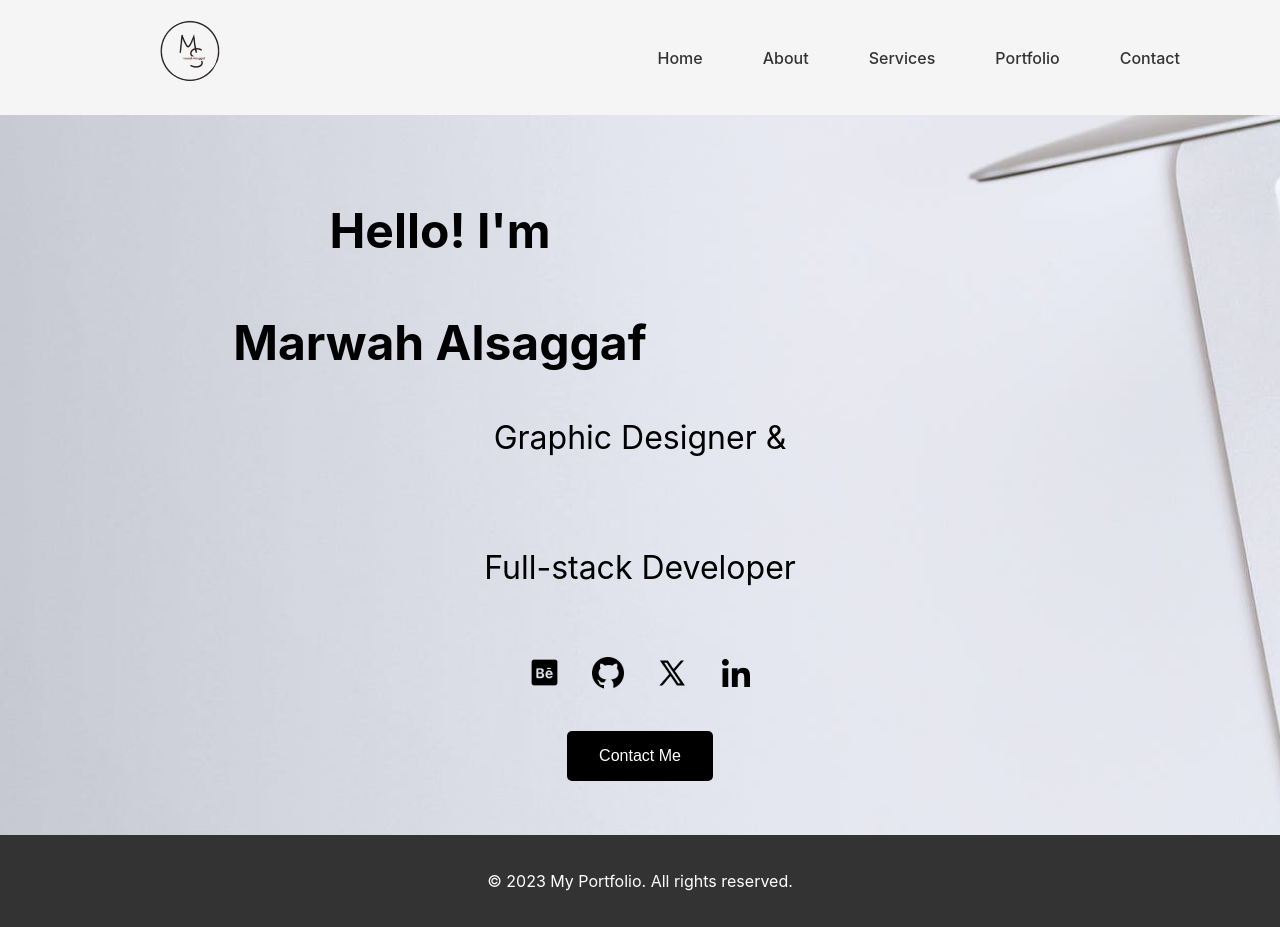
Repository: MEROO1010/Portfolio_00
Page: / (app in portfolio_00/)
These files come from the project's save history. The page is drawn as it stood at one moment and after the next save; the edit follows.
The browser window is 1280 px wide. The pictures show the whole page.
The project was rebuilt for these pictures with package versions that can differ from the ones it lists, and the page was loaded fresh each time. Also part of the build but not shown: portfolio_00/src/components/About.jsx, portfolio_00/src/components/Services.jsx, portfolio_00/src/components/Portfolio.jsx, portfolio_00/src/components/Contact.jsx.

Above is the page before, as saved 2024-11-17 11:44:38.

### portfolio_00/src/App.jsx
import React from 'react';
import { BrowserRouter, Route, Routes } from 'react-router-dom';
import Header from './components/Header';
import Home from './components/Home';
import About from './components/About';
import Services from './components/Services';
import Portfolio from './components/Portfolio';
import Contact from './components/Contact';
import Footer from './components/Footer';
// import GlobalStyle from './styles/global';

const App = () => {
  return (
    <BrowserRouter>
      <Header />

      <Routes>
        <Route path="/" element={<Home />} />
        <Route path="/about" element={<About />} />
        <Route path="/services" element={<Services />} />
        <Route path="/portfolio" element={<Portfolio />} />
        <Route path="/contact" element={<Contact />} />
      </Routes>

      <Footer />
    </BrowserRouter>
  );
};

export default App;

### portfolio_00/src/features/counter/counterSlice.js
import { createAsyncThunk, createSlice } from '@reduxjs/toolkit';
import { fetchCount } from './counterAPI';

const initialState = {
  value: 0,
  status: 'idle',
};

// The function below is called a thunk and allows us to perform async logic. It
// can be dispatched like a regular action: `dispatch(incrementAsync(10))`. This
// will call the thunk with the `dispatch` function as the first argument. Async
// code can then be executed and other actions can be dispatched. Thunks are
// typically used to make async requests.
export const incrementAsync = createAsyncThunk(
  'counter/fetchCount',
  async (amount) => {
    const response = await fetchCount(amount);
    // The value we return becomes the `fulfilled` action payload
    return response.data;
  }
);

export const counterSlice = createSlice({
  name: 'counter',
  initialState,
  // The `reducers` field lets us define reducers and generate associated actions
  reducers: {
    increment: (state) => {
      // Redux Toolkit allows us to write "mutating" logic in reducers. It
      // doesn't actually mutate the state because it uses the Immer library,
      // which detects changes to a "draft state" and produces a brand new
      // immutable state based off those changes
      state.value += 1;
    },
    decrement: (state) => {
      state.value -= 1;
    },
    // Use the PayloadAction type to declare the contents of `action.payload`
    incrementByAmount: (state, action) => {
      state.value += action.payload;
    },
  },
  // The `extraReducers` field lets the slice handle actions defined elsewhere,
  // including actions generated by createAsyncThunk or in other slices.
  extraReducers: (builder) => {
    builder
      .addCase(incrementAsync.pending, (state) => {
        state.status = 'loading';
      })
      .addCase(incrementAsync.fulfilled, (state, action) => {
        state.status = 'idle';
        state.value += action.payload;
      });
  },
});

export const { increment, decrement, incrementByAmount } = counterSlice.actions;

// The function below is called a selector and allows us to select a value from
// the state. Selectors can also be defined inline where they're used instead of
// in the slice file. For example: `useSelector((state: RootState) => state.counter.value)`
export const selectCount = (state) => state.counter.value;

// We can also write thunks by hand, which may contain both sync and async logic.
// Here's an example of conditionally dispatching actions based on current state.
export const incrementIfOdd = (amount) => (dispatch, getState) => {
  const currentValue = selectCount(getState());
  if (currentValue % 2 === 1) {
    dispatch(incrementByAmount(amount));
  }
};

export default counterSlice.reducer;

### portfolio_00/src/components/Header.jsx
import React from 'react';
import styled from 'styled-components';
import { Link } from 'react-router-dom';
import ImageLogo from '../assets/white_logo.png';

const HeaderContainer = styled.header`
  background-color: #f5f5f5;
  padding: 10px 100px;
  display: flex;
  justify-content: space-between;
  align-items: center;
`;

const Logo = styled.h1`
  margin:4px;
  padding-left:40px;
`;

const NavLinks = styled .nav`
  display: flex;
  gap: 60px;
`;

const NavLink = styled(Link)`
  text-decoration: none;
  color: #333;
  font-weight: 500;

  &:hover {
    color: #3BB873;
  }
`;

const Header = () => {
  return (
    <HeaderContainer>
      <Logo><img src={ImageLogo} alt="Description of image" /></Logo>
      <NavLinks>
        <NavLink to="/">Home</NavLink>
        <NavLink to="/about">About</NavLink>
        <NavLink to="/services">Services</NavLink>
        <NavLink to="/portfolio">Portfolio</NavLink>
        <NavLink to="/contact">Contact</NavLink>
      </NavLinks>
    </HeaderContainer>
  );
};

export default Header;

### portfolio_00/src/components/Home.jsx
import React from 'react';
import styled from 'styled-components';
import Behance from "../assets/Behance.png";
import Github from "../assets/GitHub.png";
import X from "../assets/X.png";
import LinkedIn from "../assets/LinkedIn.png"
import BG from "../assets/BG_HomePage.png"



const Container = styled.div`
  display: flex;
  flex-direction: column;
  align-items: center;
  justify-content: center;
  height: 100vh;
  background-image: url(${BG});
`;

const Title = styled.h1`
  font-size: 3em;
  font-weight: bold;
  color: #000;
  margin-bottom: 20px;
  margin-right:400px;
`;

const Subtitle = styled.h2`
  font-size: 2em;
  font-weight: normal;
  color: #000;
  margin-bottom: 2em;
`;

const SocialLinks = styled.div`
  display: flex;
  gap: 1em;
  margin-bottom: 2em;
`;

const SocialLink = styled.a`
  display: flex;
  align-items: center;
  justify-content: center;
  width: 3em;
  height: 3em;



  color: #000;
  text-decoration: none;

  &:hover {
    background-color: #ddd;
    border-radius: 50%;
    box-shadow: 0 2px 4px rgba(0, 0, 0, 0.1);
  }
`;

const Button = styled.button`
  background-color: #000;
  color: #fff;
  padding: 1em 2em;
  border: none;
  border-radius: 5px;
  font-size: 1em;
  cursor: pointer;
`;

const App = () => {
  return (
    <Container>
      <Title>Hello! I'm</Title>
      <Title>Marwah Alsaggaf</Title>
      <Subtitle>Graphic Designer &</Subtitle>
      <Subtitle>Full-stack Developer</Subtitle>
      <SocialLinks>
        <SocialLink href="https://www.behance.net/merooalsaggaf" target="_blank">
          <span><img src={Behance}/></span>
        </SocialLink>
        <SocialLink href="https://github.com/MEROO1010" target="_blank">
          <span><img src={Github}/></span>
        </SocialLink>
        <SocialLink href="https://x.com/meroo_alsaggaf" target="_blank">
          <span><img src={X}/></span>
        </SocialLink>
        <SocialLink href="https://www.linkedin.com/in/marwah-alsaggaf-ba44011b2/" target="_blank">
          <span><img src={LinkedIn}/></span>
        </SocialLink>
      </SocialLinks>
      <Button>Contact Me</Button>
    </Container>
  );
};

export default App;

### portfolio_00/src/components/Footer.jsx
import React from 'react';
import styled from 'styled-components';

const FooterContainer = styled.footer`
  padding: 20px;
  background-color: #333;
  color: white;
  text-align: center;
`;

const Footer = () => {
  return (
    <FooterContainer>
      <p>&copy; 2023 My Portfolio. All rights reserved.</p>
    </FooterContainer>
  );
};

export default Footer;

Loaded but not shown: portfolio_00/public/index.html (common file); portfolio_00/src/index.js (common file); portfolio_00/src/app/store.js (common file); portfolio_00/src/reportWebVitals.js (common file); portfolio_00/src/index.css (common file); portfolio_00/src/features/counter/counterAPI.js (common file)

After the next save:
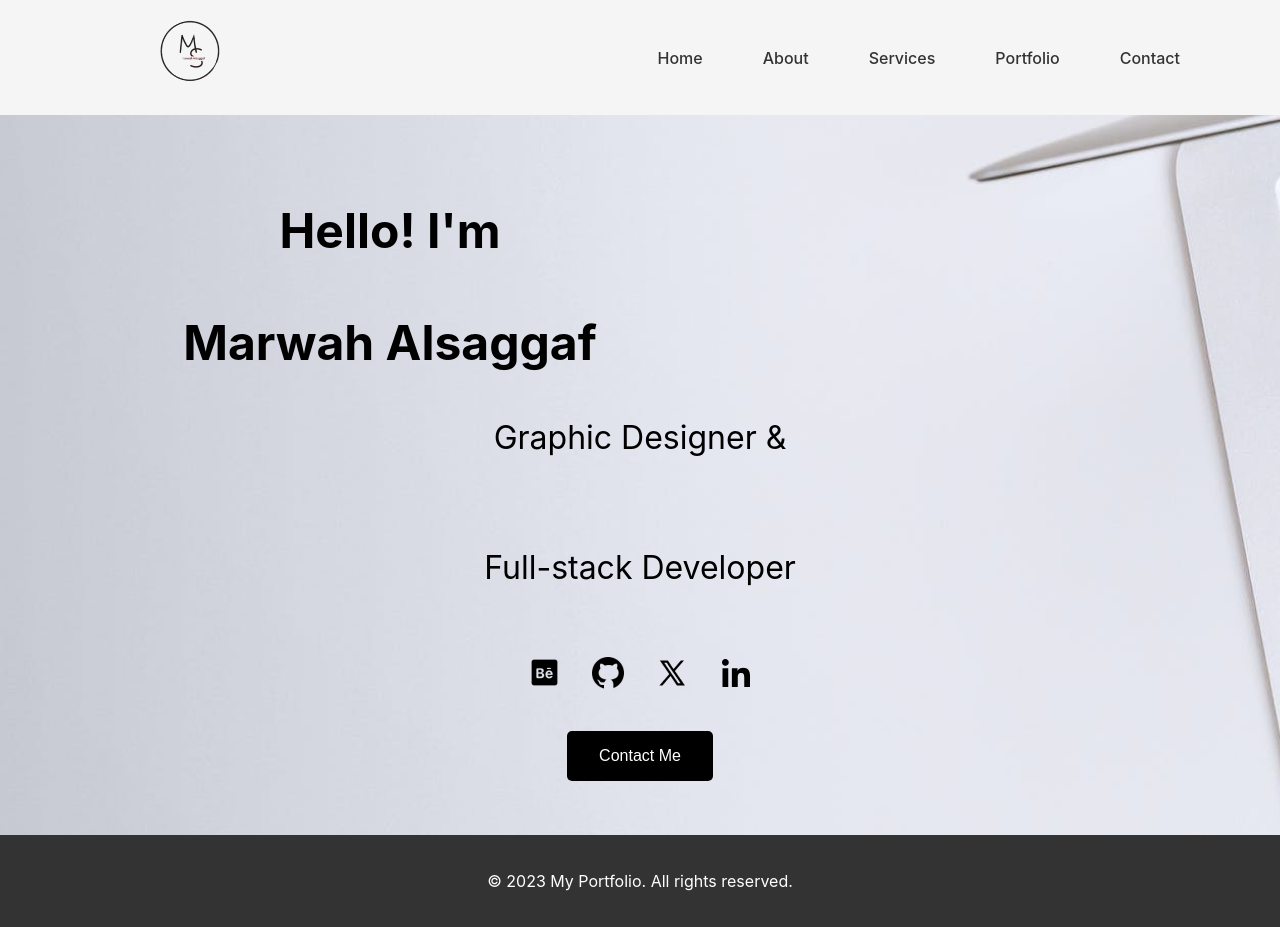
Saved 7 s later.
--- a/portfolio_00/src/components/Home.jsx
+++ b/portfolio_00/src/components/Home.jsx
@@ -22,7 +22,7 @@ const Title = styled.h1`
   font-weight: bold;
   color: #000;
   margin-bottom: 20px;
-  margin-right:400px;
+  margin-right:500px;
 `;
 
 const Subtitle = styled.h2`
